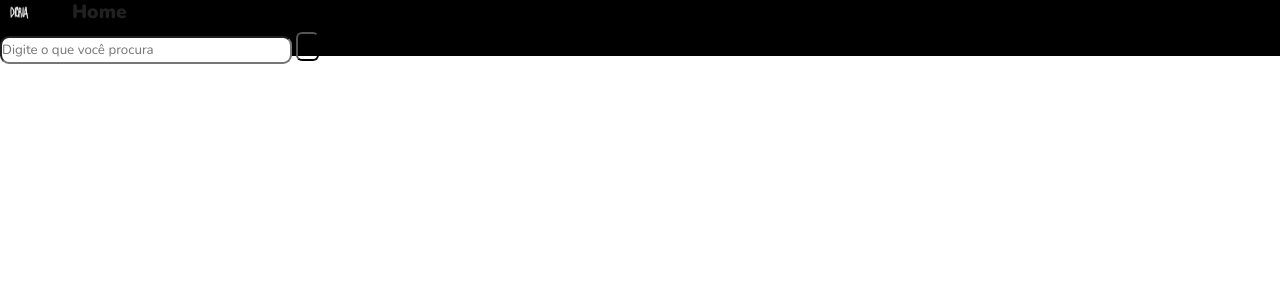
Repository: analessp/dicriastreet
Page: index.html
These files come from the project's save history. The page is drawn as it stood at one moment and after the next save; the edit follows.
The browser window is 1280 px wide. The pictures show the whole page.

Above is the page before, as saved 2025-04-17 12:10:47.

### index.html
<!DOCTYPE html>
<html lang="pt-BR">
<head>
    <meta charset="UTF-8">
    <meta name="viewport" content="width=device-width, initial-scale=1.0">
    <title>dicriastreet</title>
    <link rel="preconnect" href="https://fonts.googleapis.com">
    <link rel="preconnect" href="https://fonts.gstatic.com" crossorigin>
    <link href="https://fonts.googleapis.com/css2?family=Nunito:ital,wght@0,200..1000;1,200..1000&family=Outfit:wght@100..900&display=swap" rel="stylesheet">
    <link rel="stylesheet" href="style.css">
</head>
<body>
    <header>
        <nav>
            <nav id="header-nav">
                <img src="/assets/logo.png" alt="Logo dicriastreet" id="header-logo">
            <ul>
                <li>Home</li>
                <li>Sobre a Loja</li>
                <li>Modelos</li>
                <li>Contatos</li>
            </ul>
        </nav>
        <div id="header-search-bar">
            <input type="text" placeholder="Digite o que você procura">
            <button>
                <img id="search-icon" src="/assets/search.svg" alt="Imagem de uma lupa">
        </div>
    </header>
    <main>

    </main>
    <footer>

    </footer>
</body>
</html>

### style.css
:root {
    --background-color: #000000;
    --font-color: #ffffff;
    --primary-color: #adaaaa;
    --secondary-color: #212121;
}

* {
    margin: 0;
    padding: 0;
    font-family: "Nunito", sans-serif;
}

body {
    height: 100vh;
}

header {
    display: flex;
    align-items: center;
    justify-content: space-between;
    height: 3.5rem;
    background-color: var(--background-color);
    gap: 1.5rem;
    padding: 0,5rem 1.5rem;
}

#header-nav {
    display: flex;
    align-items: center;
    gap: 2rem;
}

#header-logo {
    width: 2.5rem;
    height: fit-content;
    border-radius: 100%;
}


#header-nav ul {
    display: flex;
    color: var(--var-font-color);
    font-size: 1.2rem;
    list-style: none;
    gap: 2.5rem;
}

#header-nav ul li:first-child {
    color: var(--secondary-color);
    font-weight: 900;
}

#header-seach-bar {
    position: relative;
}

#header-search-bar input {
    border-radius: 9px;
    height: 1.5rem;
    width: 18rem;
}

#header-search-bar button {
    border-radius: 6px;
    background-color: var(--var-font-color);
}

After the next save:
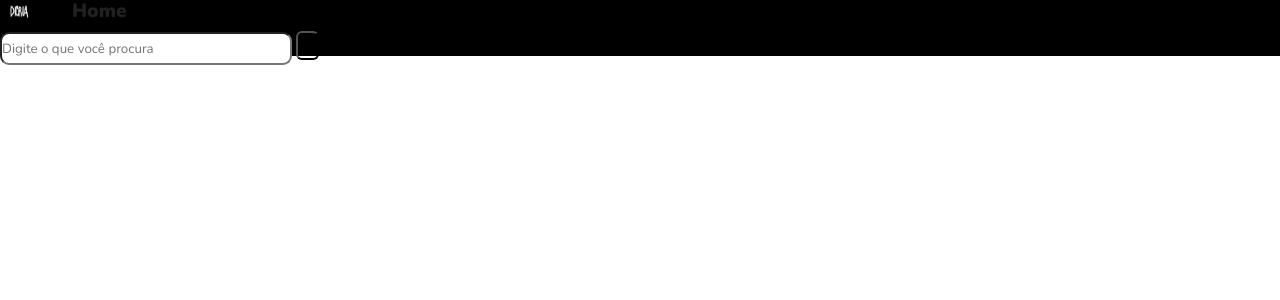
Saved 8 s later.
--- a/style.css
+++ b/style.css
@@ -57,7 +57,7 @@ header {
 
 #header-search-bar input {
     border-radius: 9px;
-    height: 1.5rem;
+    height: 1.8rem;
     width: 18rem;
 }
 
